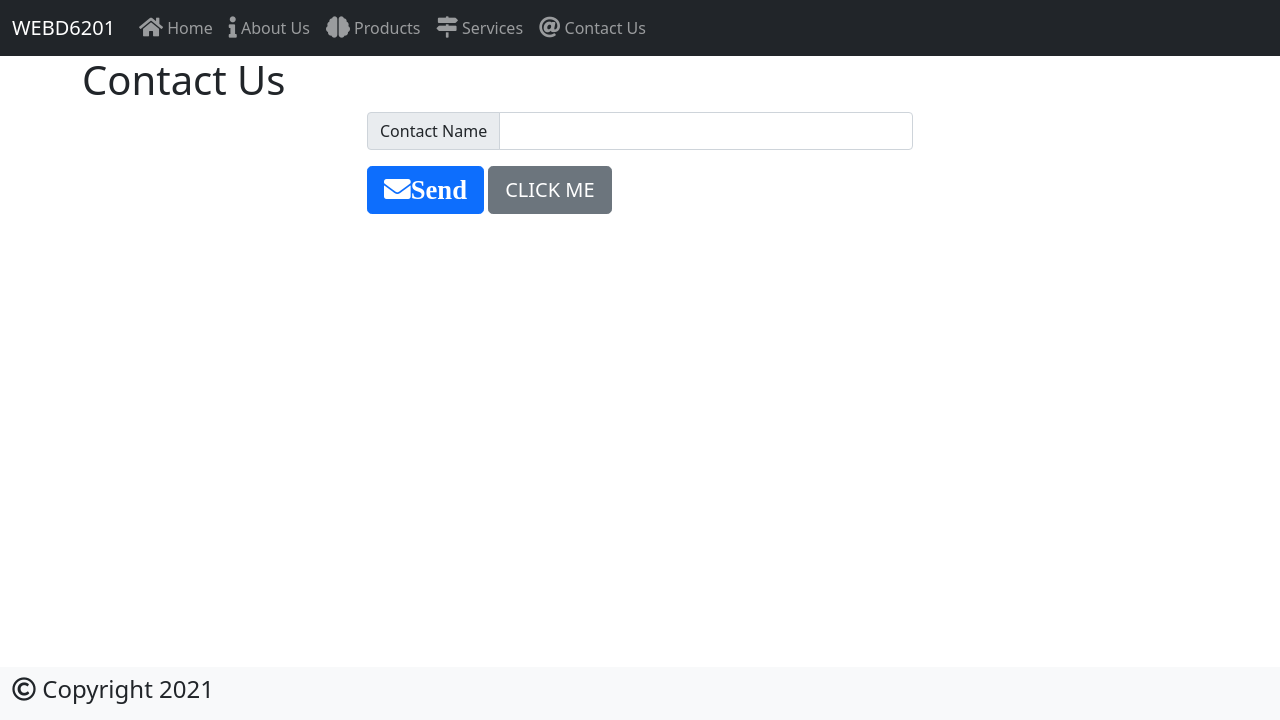
Repository: GarlicButterBoy/WEBD6201-Week1
Page: contact.html
The author's editor kept a copy of each file at every save. The page is drawn from the files as they stood at one save, then again after the next save.
The browser window is 1280 px wide. The pictures show the whole page.

Above is the page before, as saved 2021-01-21 09:30:36.

After the next save:
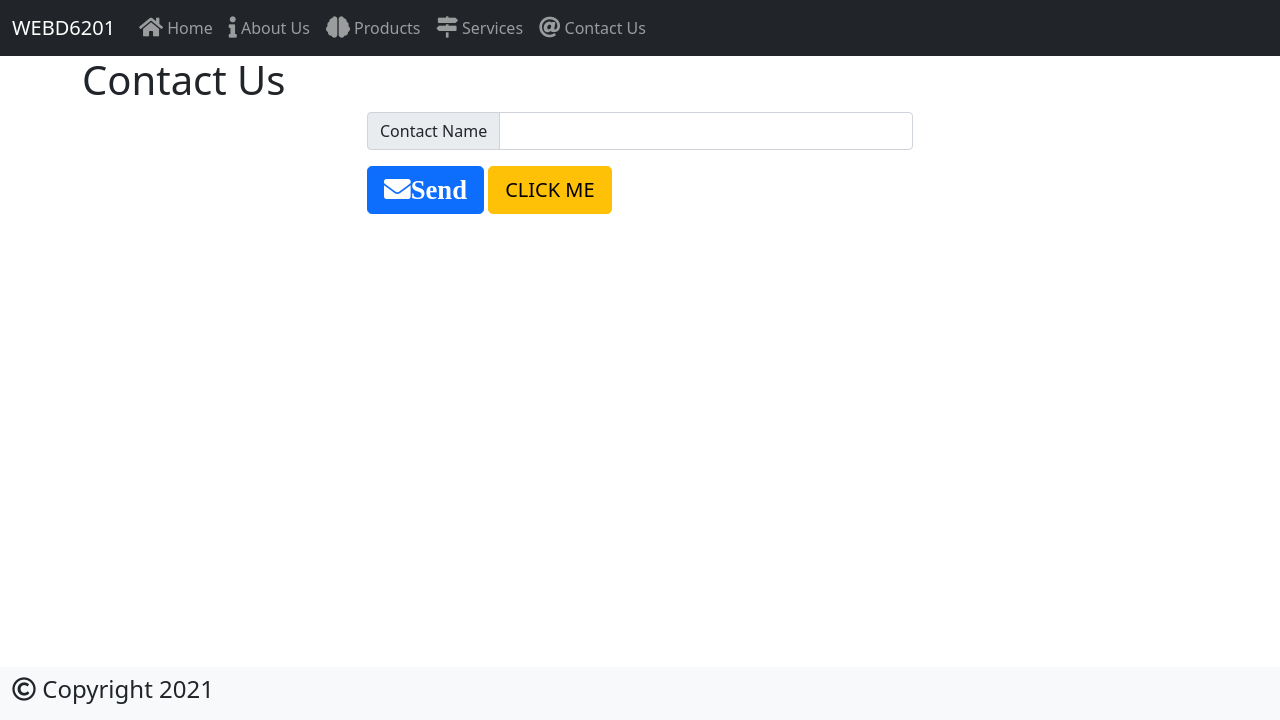
Saved 7 s later.
--- a/contact.html
+++ b/contact.html
@@ -68,7 +68,7 @@
           </div>
 
           <button type="submit" class="btn btn-primary btn-lg"><i class="fas fa-envelope fa-lg">Send</i></button>
-          <button class="btn btn-secondary btn-lg" id="clickMeButton">CLICK ME</button>
+          <button class="btn btn-warning btn-lg" id="clickMeButton">CLICK ME</button>
         </form>
 
         <p id="paragraphOne" ></p>
